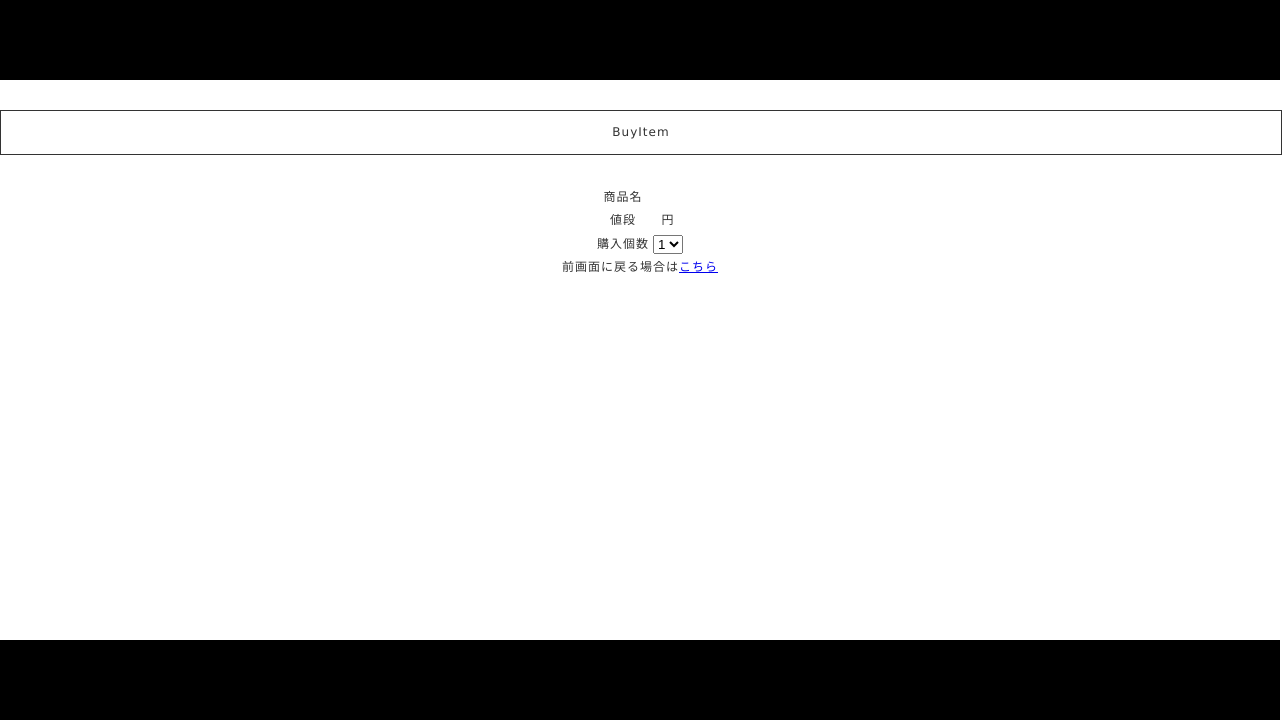
Repository: a4b3c2d1/backup
Page: http://localhost/template/cartin.jsp
These files come from the project's save history. The page is drawn as it stood at one moment and after the next save; the edit follows.
The browser window is 1280 px wide. The page is 1282 px wide, so the pictures cover 1282 px, including what lies to the right of the window. The pictures show the whole page.
The page is served by Tomcat 9.

Above is the page before, as saved 2017-12-19 05:38:45.

After the next save:
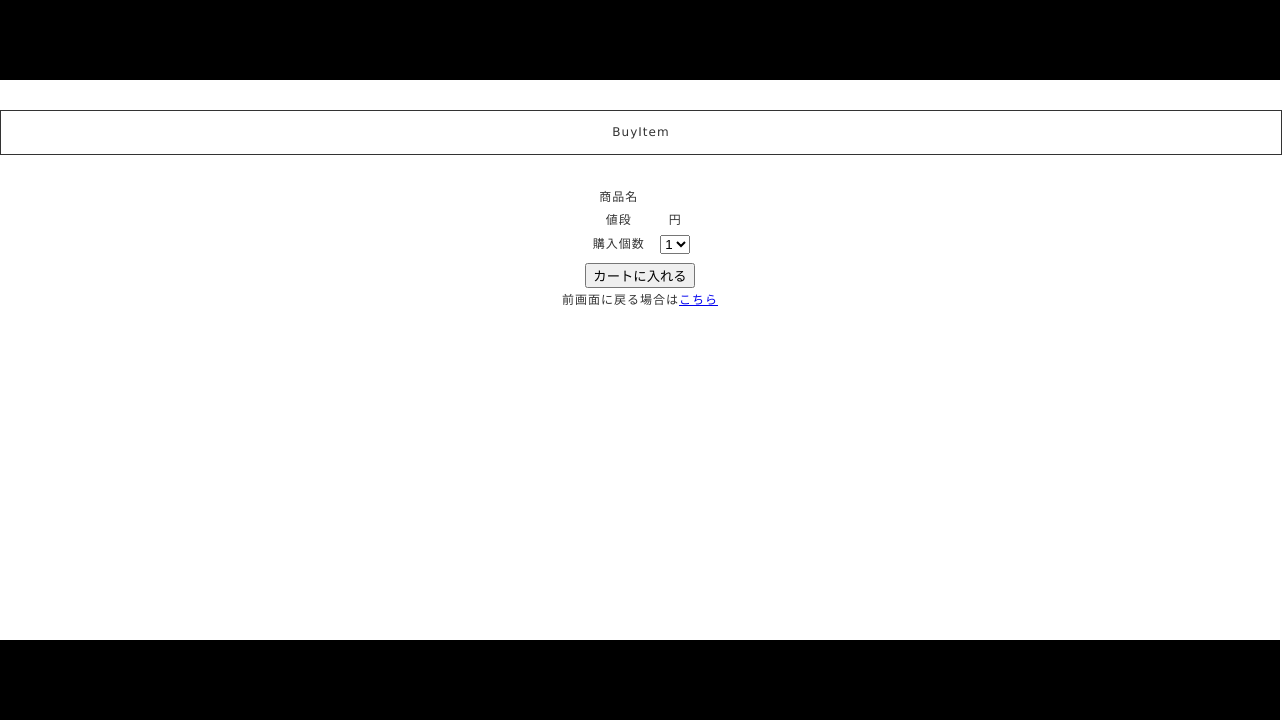
Saved 14 s later.
--- a/template/WebContent/cartin.jsp
+++ b/template/WebContent/cartin.jsp
@@ -70,7 +70,6 @@
 			<p>BuyItem</p>
 		</div>
 		<div>
-
 			<s:form action="BuyItemAction">
 				<table>
 					<tr>
@@ -91,6 +90,10 @@
 								<option value="4">4</option>
 								<option value="5">5</option>
 						</select>
+					<tr>
+						<td><s:submit value="カートに入れる" /></td>
+					</tr>
+
 				</table>
 			</s:form>
 			<div>
